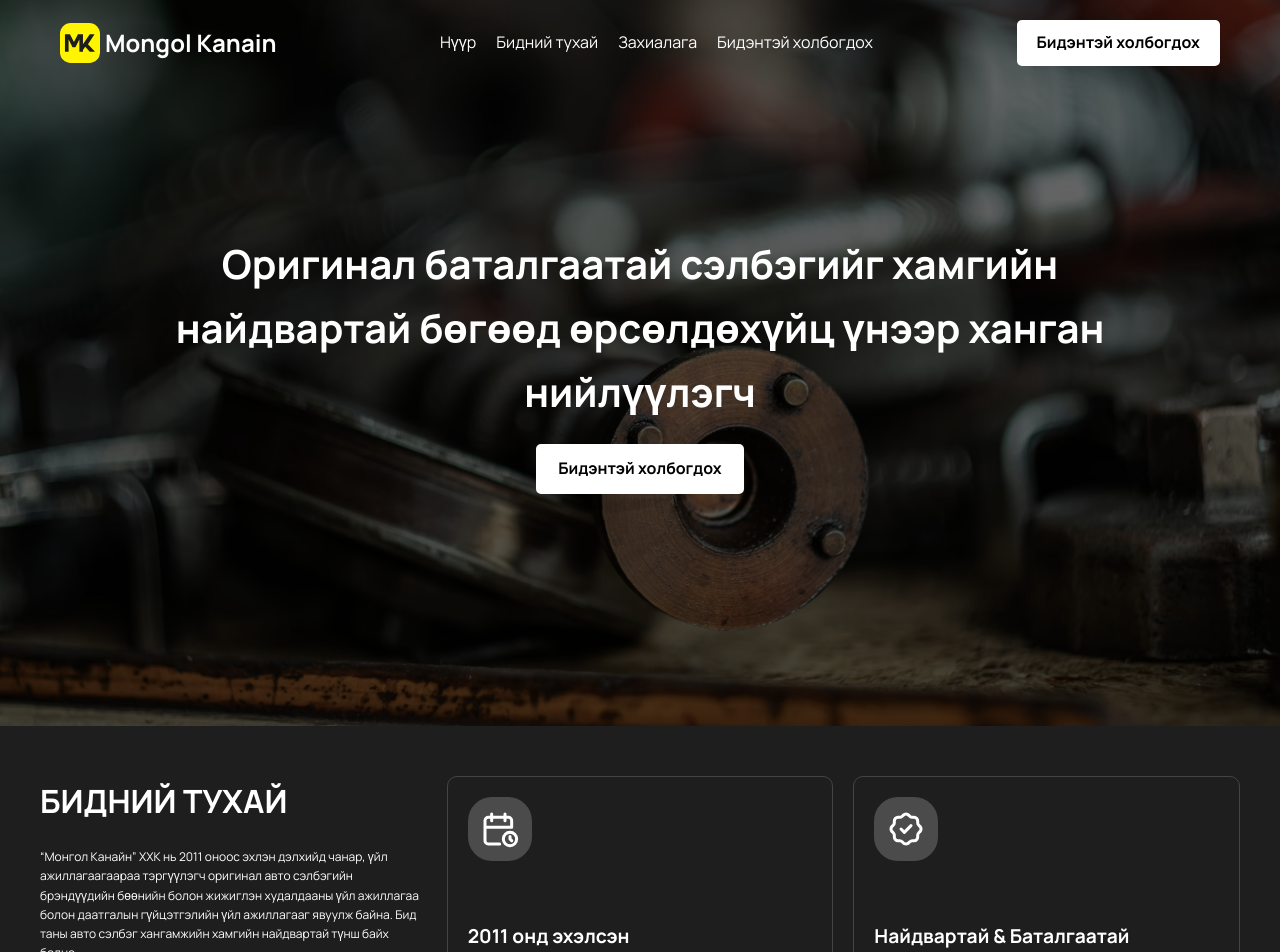
Repository: temuujinnn/mongol_kanain
Page: index.html
The author's editor kept a copy of each file at every save. The page is drawn from the files as they stood at one save, then again after a run of saves.
The browser window is 1280 px wide. The pictures show the part of the page from y = 0 to 952 px (the page is 3359 px tall).
A picture or video elsewhere on the page could not be fetched, so the positions and the page height are approximate.

Above is the page before, as saved 2024-08-31 16:48:31.

After the next 2 saves:
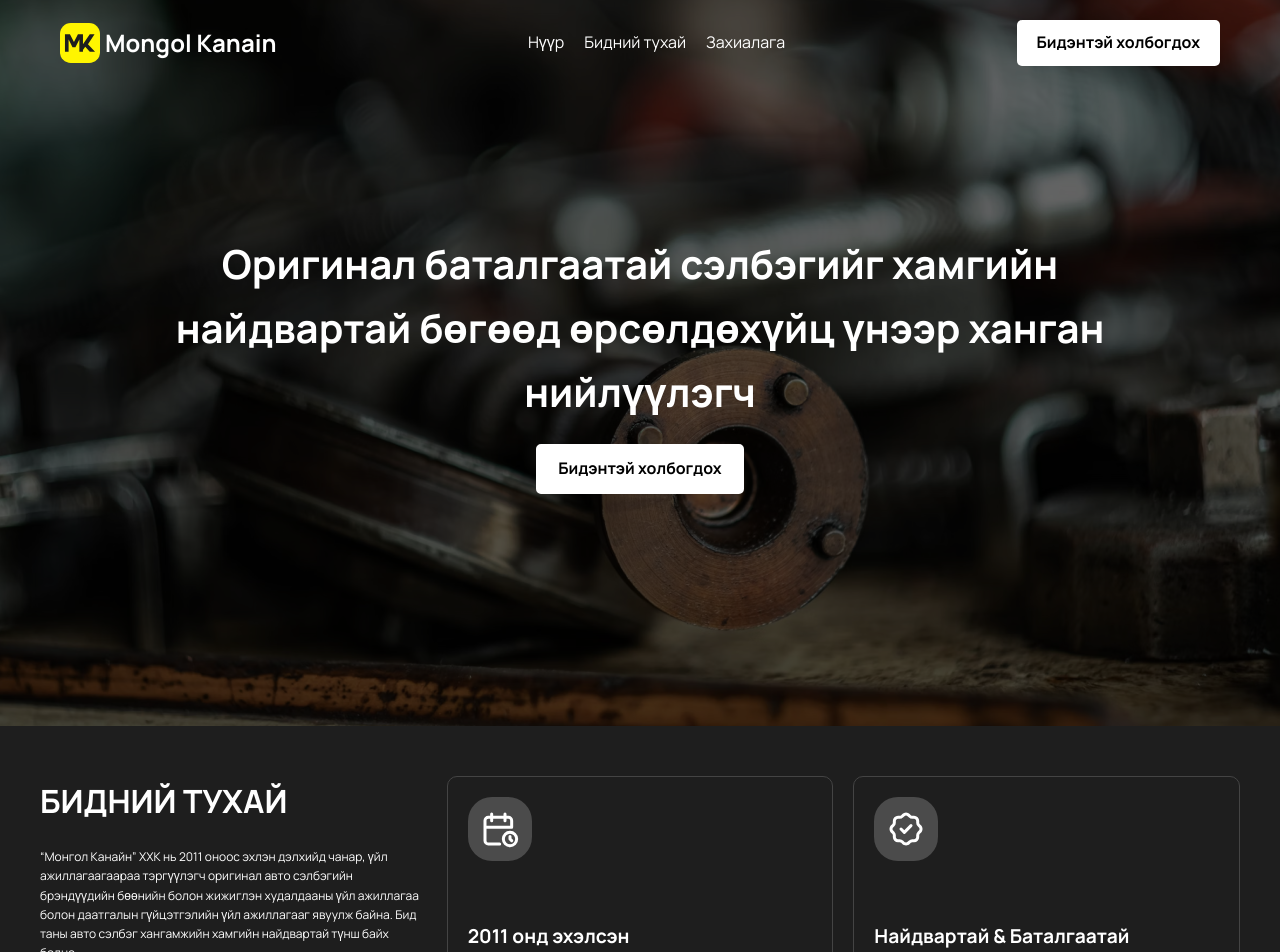
The 2 saves are shown as one change because they came seconds apart.
The last was saved 34 s later.
--- a/index.html
+++ b/index.html
@@ -25,7 +25,7 @@
                     <li><a href="#hero">Нүүр</a></li>
                     <li><a href="#about">Бидний тухай</a></li>
                     <li><a href="#order-process">Захиалага</a></li>
-                    <li><a href="#contact">Бидэнтэй холбогдох</a></li>
+                    <!-- <li><a href="#contact">Бидэнтэй холбогдох</a></li> -->
                 </ul>
             </nav>
             <a href="#contact" class="contact-btn">Бидэнтэй холбогдох</a>
@@ -42,7 +42,7 @@
         <li><a href="#hero">Нүүр</a></li>
         <li><a href="#about">Бидний тухай</a></li>
         <li><a href="#order-process">Захиалага</a></li>
-        <li><a href="#contact">Бидэнтэй холбогдох</a></li>
+        <!-- <li><a href="#contact">Бидэнтэй холбогдох</a></li> -->
         </ul>
         <a href="#contact" class="contact-btn">Бидэнтэй холбогдохs</a>
     </div>
